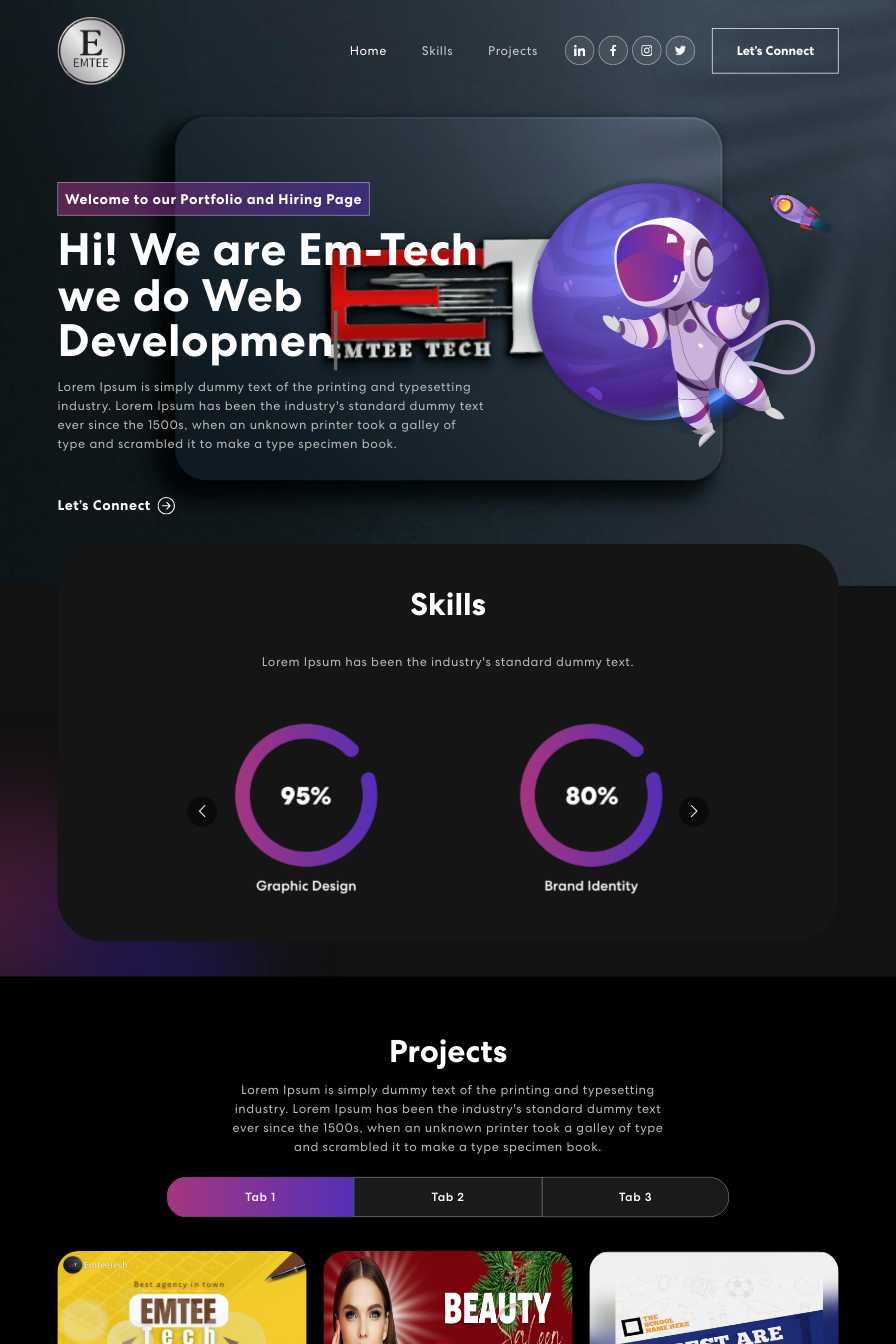
Repository: EmmanuelKeifala/emtee
Page: /
An editor plug-in stored every save of this project. The page is shown before and after the next save, followed by the edit.
The browser window is 1280 px wide. The pictures show the part of the page from y = 0 to 1920 px (the page is 3476 px tall), at 70% of full size.
The project was rebuilt for these pictures with package versions that can differ from the ones it lists, and the page was loaded fresh each time. Some packages were replaced by stand-ins written for this rebuild.

Above is the page before, as saved 2022-09-30 17:32:06.

After the next save:
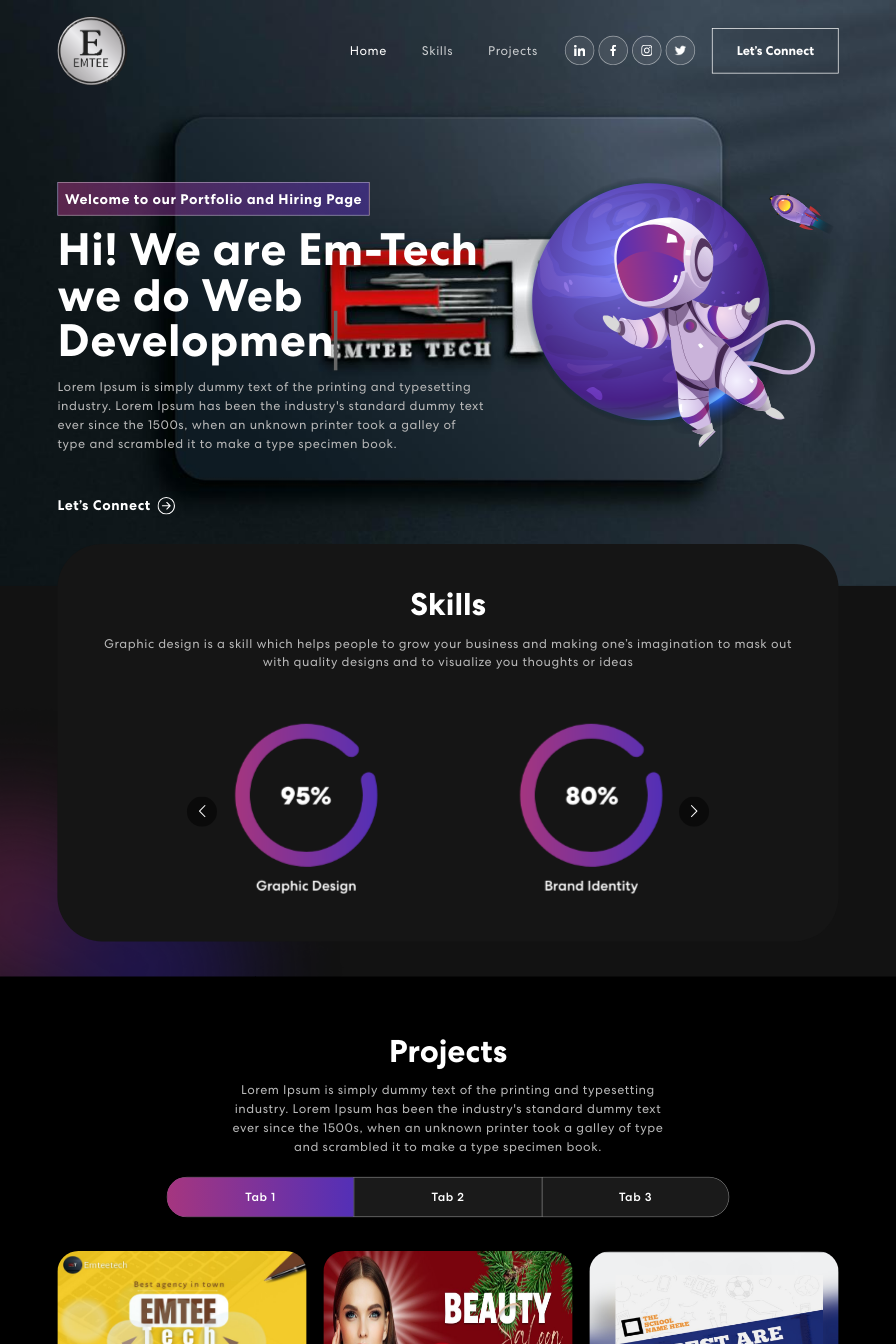
Saved 34 min 54 s later.
--- a/src/Components/Skills.jsx
+++ b/src/Components/Skills.jsx
@@ -35,8 +35,9 @@ const Skills = () => {
             <div className="skill-bx wow zoomIn">
               <h2>Skills</h2>
               <p>
-                <br></br> Lorem Ipsum has been the industry's standard dummy
-                text.
+                Graphic design is a skill which helps people to grow your
+                business and making one’s imagination to mask out with quality
+                designs and to visualize you thoughts or ideas
               </p>
               <Carousel
                 responsive={responsive}
